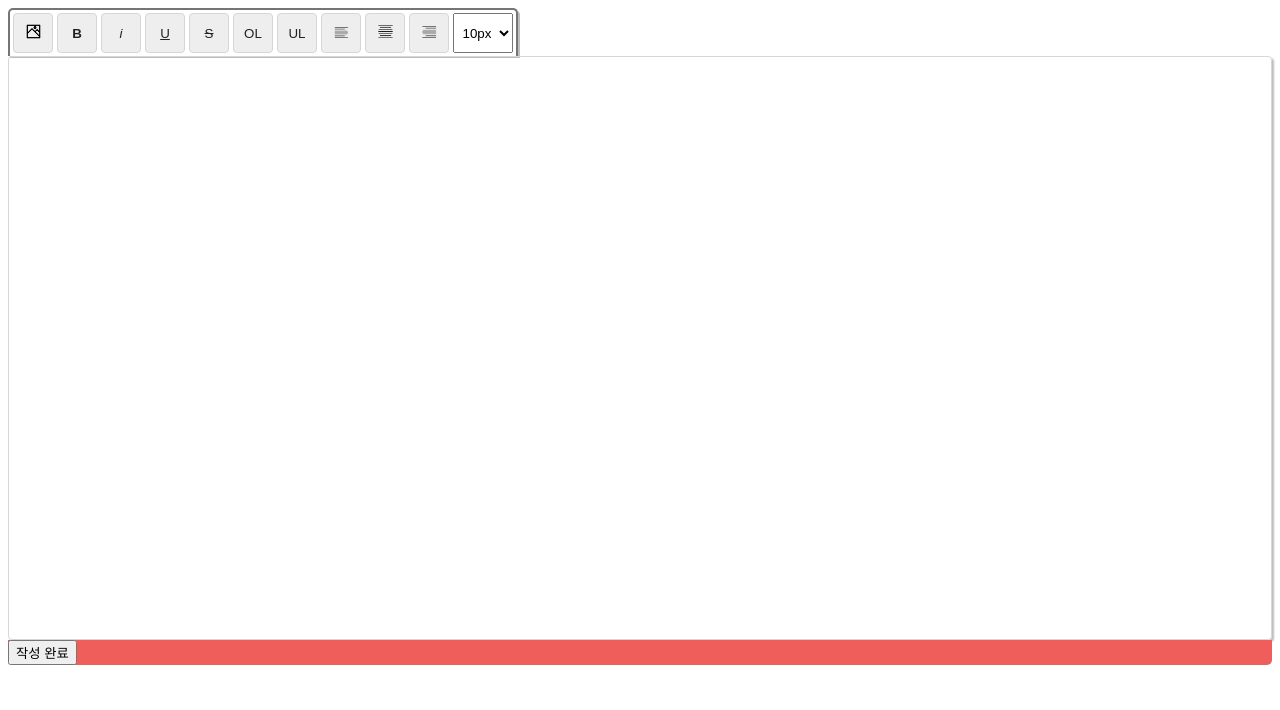
Repository: GOHO97/Haheeho
Page: http://localhost/Haheeho_Adblock/WEB-INF/views/board/boardWrite.jsp
These files come from the project's save history. The page is drawn as it stood at one moment and after the next save; the edit follows.
The browser window is 1280 px wide. The pictures show the whole page.
The page is served by Tomcat 9. Nobody is signed in. Other server files are loaded and not shown. The template is opened directly, without the code that normally fills it, so the values that code supplies are empty.

Above is the page before, as saved 2022-11-04 02:26:59.
Console error: TypeError: Cannot read properties of null (reading 'addEventListener')

### Haheeho_Adblock/src/main/webapp/WEB-INF/views/board/boardWrite.jsp
<%@ page language="java" contentType="text/html; charset=UTF-8"
    pageEncoding="UTF-8"%>
<!DOCTYPE html>
<html>
<head>
<meta charset="UTF-8">
<title>Insert title here</title>
<link rel="stylesheet" href="resources/css/boardWrite.css">
</head>
<body>
	<table id="editor-menu">
		<tr>
			<td align="center">
				<button id="btn-image">
					<img src="resources/img/images.png" id="images-img">
				</button>
				<input id="imgSelector" type="file" accept="image/*"/>
			</td>
			<td align="center">
				<button id="btn-bold">
					<b>B</b>
				</button>
			</td>
			<td align="center">
				<button id="btn-italic">
					<i>i</i>
				</button>
			</td>
			<td align="center">
				<button id="btn-underline">
					<u>U</u>
				</button>
			</td>
			<td align="center">
				<button id="btn-strike">
					<s>S</s>
				</button>
			</td>
			<td align="center">
				<button id="btn-ordered-list">
					OL
				</button>
			</td>
			<td align="center">
				<button id="btn-unordered-list">
					UL
				</button>
			</td>
			<td align="center">
				<button id="btn-align-left">
					<img src="resources/img/font_left.png" id="btn-align-left-img">
				</button>
			</td>
			<td align="center">
				<button id="btn-align-center">
					<img src="resources/img/font_center.png" id="btn-align-center-img">
				</button>
			</td>
			<td align="center">
				<button id="btn-align-right">
					<img src="resources/img/font_right.png" id="btn-align-right-img">
				</button>
			</td>
			<td>
				<select id="select-fontSize">
					<option value="1">10px</option>
					<option value="2">13px</option>
					<option value="3">16px</option>
					<option value="4">18px</option>
					<option value="5">24px</option>
					<option value="6">32px</option>
					<option value="7">48px</option>
				</select>
			</td>
		</tr>
	</table>
	<div contenteditable="true" id="boardEditor">

	</div>
	<div id="boardWriteButton">
		<button>작성 완료</button>
	</div>
</body>
<script type="text/javascript" src="resources/js/boardEditor.js"></script>
<script type="text/javascript" src="resources/js/boardWrite.js"></script>
</html>

### Haheeho_Adblock/src/main/webapp/resources/css/boardWrite.css
@charset "UTF-8";

#boardEditor {
    margin-left: auto;
    margin-right: auto;
    padding: 16px 24px;
    border: 1px solid #D6D6D6;
    border-radius: 4px;
    box-shadow: 2px 2px 2px #BDBDBD;
    height: 550px;
    overflow: scroll;

}

#imgSelector{
    display: none;
}

#btn-image, #btn-bold, #btn-italic, #btn-underline, #btn-strike, #btn-ordered-list, #btn-unordered-list, #btn-align-left, #btn-align-center, #btn-align-right{
    width: 40px;
    height: 40px;
    text-align: center;
    background-color: #EEEEEE;
    border: 1px solid #D6D6D6;
    border-radius: 4px;
    color: #212121;
}

#btn-image:hover, #btn-bold:hover, #btn-italic:hover, #btn-underline:hover, #btn-strike:hover, #btn-ordered-list:hover, #btn-unordered-list:hover, #btn-align-left:hover, #btn-align-center:hover, #btn-align-right:hover{
	cursor: pointer;
}

#btn-align-left-img, #btn-align-center-img, #btn-align-right-img, #images-img{
    max-width: 15px;
}

#select-fontSize{
    width: 60px;
    height: 40px;
    text-align: center;
}

#editor-menu{
	border-top: 2px solid #757575;
	border-left: 2px solid #757575;
	border-right: 2px solid #757575;
	border-top-left-radius: 5px;
	border-top-right-radius: 5px;
	box-shadow: 2px 2px #BDBDBD;
	margin-right: 250px;
	margin-top: 8px;
}

#boardSubmitDiv{
	margin-left: 550px;
}

#boardWriteButton, #boardModifyButton, #cancelModifyButton{
	background-color: #EF5E5A;
	border: none;
	font-family: "b";
	font-size: 20px;
	color: #FFE164;
	border-bottom-left-radius: 5px;
	border-bottom-right-radius: 5px;
}

#boardWriteButton:hover, #boardModifyButton:hover, #cancelModifyButton:hover{
	cursor: pointer;
	color: #FFE16480;
}

#b_title{
	width: 830px;
	height: 30px;
	outline-style: none;
	border-radius: 4px;
	border-color: #EFEFEB;
}


/********************* boardContent **********************/

#contentTable{
	width: 95%;
	height: 95%;
	border-spacing: 0;
}

#contentTd{
	width: 90%;
	height: 550px;
}

#contentTitleTd{
	font-size: 25px;
	font-weight: 5px;
	background-color: #FFE164;
	border-top-left-radius: 5px;
	border-top-right-radius: 5px;
}

#contentUnTd{
	border-left: 2px solid #FFE164;
	border-bottom: 2px solid #FFE164;
	border-bottom-left-radius: 5px;
}

#contentDateTd{
	border-right: 2px solid #FFE164;
	border-bottom: 2px solid #FFE164;
	border-bottom-right-radius: 5px;
}

#contentDiv{
	margin-left: auto;
    margin-right: auto;
    padding: 16px 24px;
    border: 1px solid #D6D6D6;
    border-radius: 4px;
    box-shadow: 2px 2px 2px #BDBDBD;
    height: 550px;
    overflow: scroll;
}

#contentModifyButton{
	margin-left: 50px;
	background-color: #EF5E5A;
	border: none;
	font-family: "b";
	font-size: 20px;
	color: #FFE164;
	border-bottom-left-radius: 5px;
	border-bottom-right-radius: 5px;
}

#contentModifyButton:hover{
	cursor: pointer;
	color: #FFE16480;
}

#contentDeleteButton{
	margin-right: 50px;
	background-color: #EF5E5A;
	border: none;
	font-family: "b";
	font-size: 20px;
	color: #FFE164;
	border-bottom-left-radius: 5px;
	border-bottom-right-radius: 5px;
}

#contentDeleteButton:hover, #goListButton:hover{
	cursor: pointer;
	color: #FFE16480;
}

#goListButton{
	margin-left: 624px;
	margin-top: 10px;
	background-color: #EF5E5A;
	border: none;
	font-family: "b";
	font-size: 20px;
	color: #FFE164;
	border-top-left-radius: 5px;
	border-top-right-radius: 5px;
}

### Haheeho_Adblock/src/main/webapp/resources/js/boardEditor.js

const boardEditor = document.getElementById('boardEditor');
const btnBold = document.getElementById('btn-bold');
const btnItalic = document.getElementById('btn-italic');
const btnUnderline = document.getElementById('btn-underline');
const btnStrike = document.getElementById('btn-strike');
const btnOrderedList = document.getElementById('btn-ordered-list');
const btnUnorderedList = document.getElementById('btn-unordered-list');

const btnAlignLeft = document.getElementById('btn-align-left');
const btnAlignCenter = document.getElementById('btn-align-center');
const btnAlignRight = document.getElementById('btn-align-right');
const selectFontSize = document.getElementById('select-fontSize');

const btnImage = document.getElementById('btn-image');
const imageSelector = document.getElementById('imgSelector');

// 텍스트 관련 이벤트
btnBold.addEventListener('click', () => {setStyle('bold')});
btnItalic.addEventListener('click', () => {setStyle('italic')});
btnUnderline.addEventListener('click', () => {setStyle('underline')});
btnStrike.addEventListener('click', () => {setStyle('strikeThrough')});
btnOrderedList.addEventListener('click', () => {setStyle('insertOrderedList')});
btnUnorderedList.addEventListener('click', () => {setStyle('insertUnorderedList')});
btnAlignRight.addEventListener('click', () => {setAlign('justifyRight')});
btnAlignLeft.addEventListener('click', () => {setAlign('justifyLeft')});
btnAlignCenter.addEventListener('click', () => {setAlign('justifyCenter')});
selectFontSize.addEventListener('change', () => {setFontSize()});

// img 관련 이벤트
btnImage.addEventListener('click', () => {imageSelector.click()});

imageSelector.addEventListener('change', (e) => {
    const files = e.target.files;
    // !!는 [undefined, "", 0] 일 경우 결과는 false 그 외에 결과는 모두 true
    if(!!files) {
        insertImageDate(files[0]);
    }
});

function insertImageDate(file) {
    const reader = new FileReader();
    reader.addEventListener('load', (e) => {
        focusEditor();
        document.execCommand('insertImage', false, `${reader.result}`);
    });
    reader.readAsDataURL(file);
}

function setStyle(style) {
    document.execCommand(style);
    focusEditor();
}

function setAlign(align) {
    document.execCommand(align);
    focusEditor();
}

function setFontSize(){
    const size = selectFontSize.options[selectFontSize.selectedIndex].value;
    document.execCommand("fontSize", false, size);
    focusEditor();
}

function focusEditor() {
    boardEditor.focus({preventScroll: true});
}

### Haheeho_Adblock/src/main/webapp/resources/js/boardWrite.js
if (typeof writeButton == 'undefined'){
	let writeButton = null;
}

if (document.getElementById("m_username") != null){
	writeButton = document.getElementById('boardWriteButton');
	writeButton.addEventListener('click', () => {submitBoard()});
} else {
	writeButton = document.getElementById('boardModifyButton');
	writeButton.addEventListener('click', () => {modifyBoard()});
}


function submitBoard() {
	const submitNodeURL = "http://sdgn-djvemfu.tplinkdns.com:6776/board.submit"
	const b_m_id = document.getElementById('m_id').value;
	const b_m_username = document.getElementById('m_username').value;
	const b_title = document.getElementById('b_title').value;
	const b_content = document.getElementById("boardEditor").innerHTML;
	if (b_title != "" && b_content != ""){
		$.ajax({
			type: "POST",
			url: "board.write.submit",
			data: {b_m_id: b_m_id, b_m_username: b_m_username, b_title: b_title},
			success: (result) => {
				const b_number = result["b_number"];
				$.ajax({
					type: "POST",
					url: submitNodeURL,
					data: {b_number: b_number, b_content: b_content},
					success: (end) => {
						location.href= `board.show.content?b_number=${b_number}`;
					}
				});
			}
		});
	} else {
		alert("제목과 글 내용을 입력 해주세요.");
		document.getElementById('b_title').focus();
	}
}


function modifyBoard() {
	const modifyNodeURL = "http://sdgn-djvemfu.tplinkdns.com:6776/board.modify"
	const b_title = document.getElementById('b_title').value;
	const b_content = document.getElementById("boardEditor").innerHTML;
	if (b_title != "" && b_content != ""){
		$.ajax({
			type: "POST",
			url: modifyNodeURL,
			data: {b_number: sequenceNumber, b_content: b_content},
			success: (end) => {
			}
		});
		$.ajax({
			type: "POST",
			url: "board.modify.submit",
			data: {b_number: sequenceNumber, b_title: b_title},
			success: (result) => {
				location.href= `board.show.content?b_number=${sequenceNumber}`;
				alert(result["result"]);
			}
		});
	} else {
		alert("제목과 글 내용을 입력 해주세요.");
		document.getElementById('b_title').focus();
	}
}

After the next save:
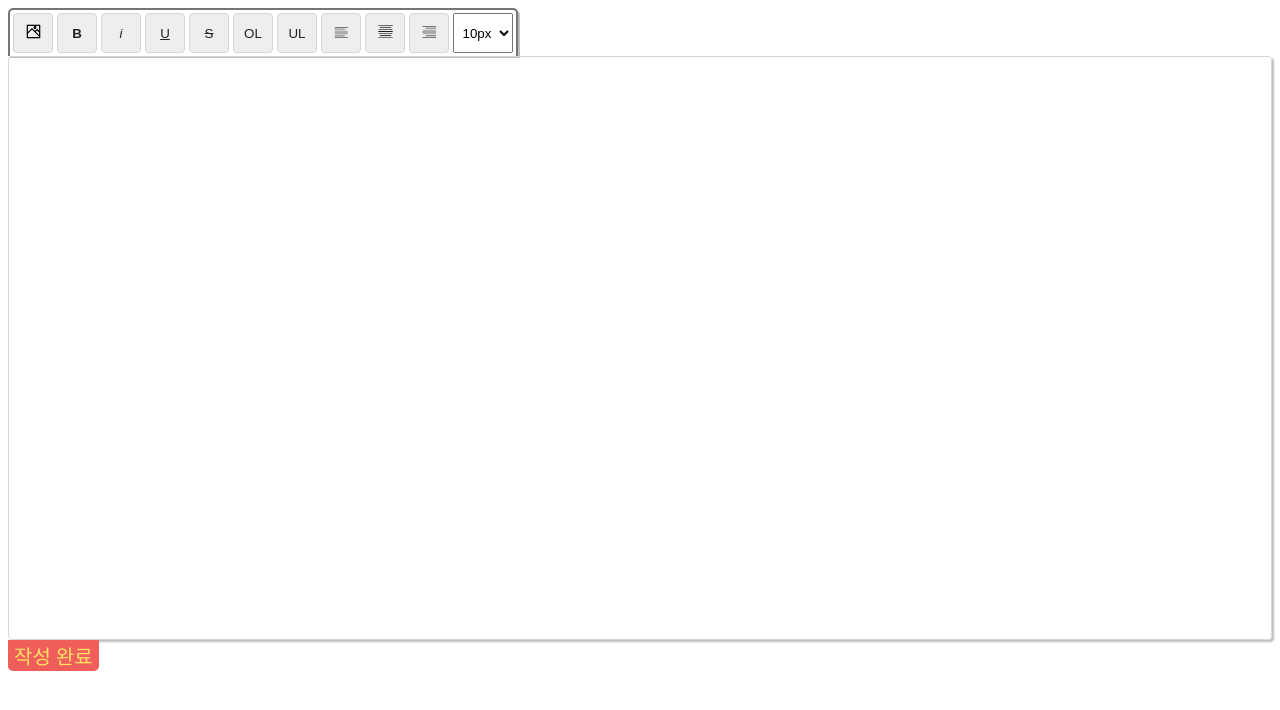
Saved 2 min 56 s later.
--- a/Haheeho_Adblock/src/main/webapp/WEB-INF/views/board/boardWrite.jsp
+++ b/Haheeho_Adblock/src/main/webapp/WEB-INF/views/board/boardWrite.jsp
@@ -77,8 +77,8 @@
 	<div contenteditable="true" id="boardEditor">
 
 	</div>
-	<div id="boardWriteButton">
-		<button>작성 완료</button>
+	<div id="boardWriteButtonDiv">
+		<button id="boardWriteButton">작성 완료</button>
 	</div>
 </body>
 <script type="text/javascript" src="resources/js/boardEditor.js"></script>
